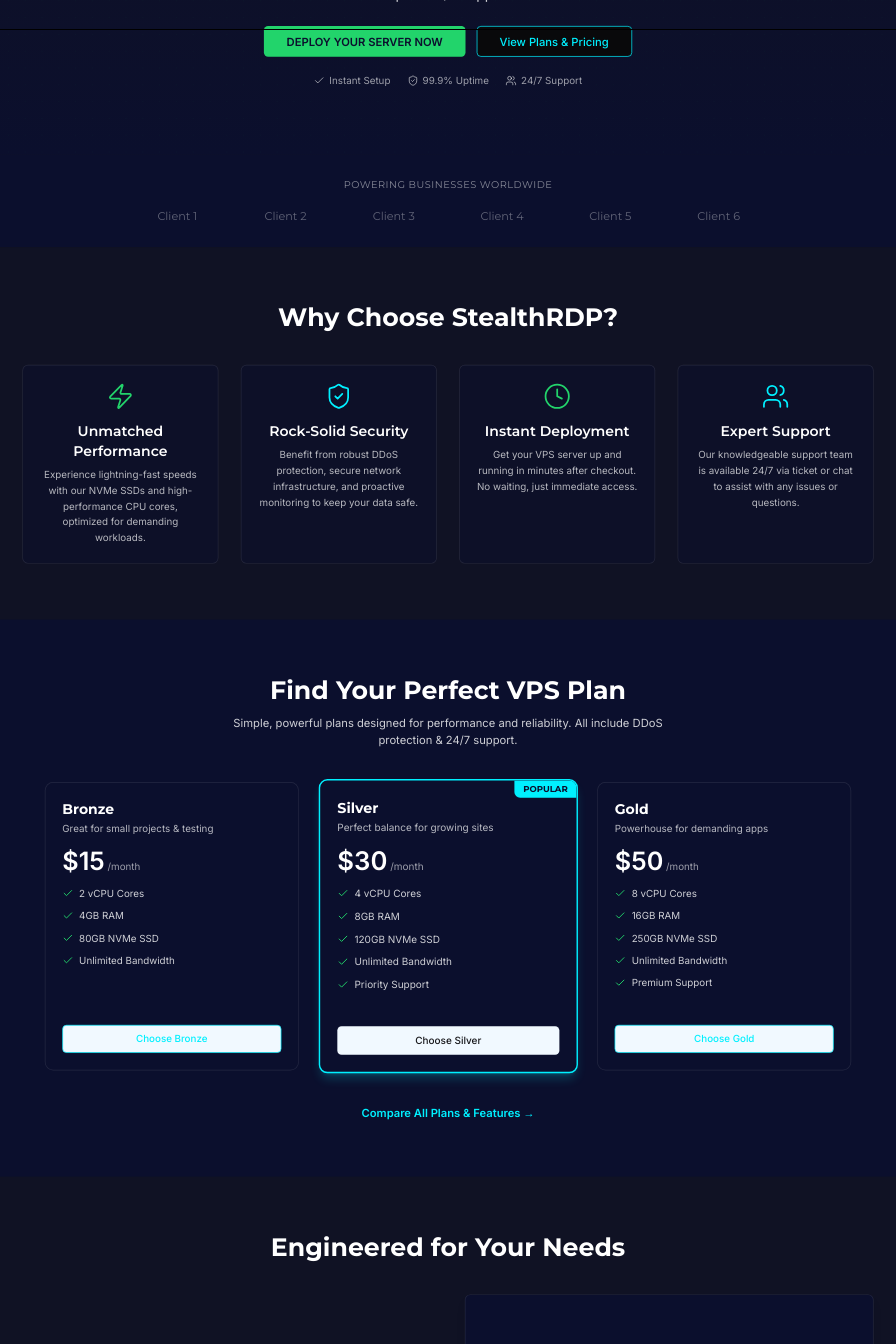
Repository: Husnainn01/stealthrdp2
Page: /
The author's editor kept a copy of each file at every save. The page is drawn from the files as they stood at one save, then again after the next save.
The browser window is 1280 px wide. The pictures show the part of the page from y = 323 to 2243 px (the page is 4866 px tall before and 4658 px after), at 70% of full size.
The project was rebuilt for these pictures with package versions that can differ from the ones it lists, and the page was loaded fresh each time. Also part of the build but not shown: vite.config.ts, src/components/ui/tooltip.tsx, src/components/ui/accordion.tsx, src/pages/FAQ.tsx, src/components/ui/card.tsx, src/components/ui/tabs.tsx, src/pages/Plans.tsx, src/pages/Features.tsx and 1 more.

Above is the page before, as saved 2025-05-05 23:28:39.

After the next save:
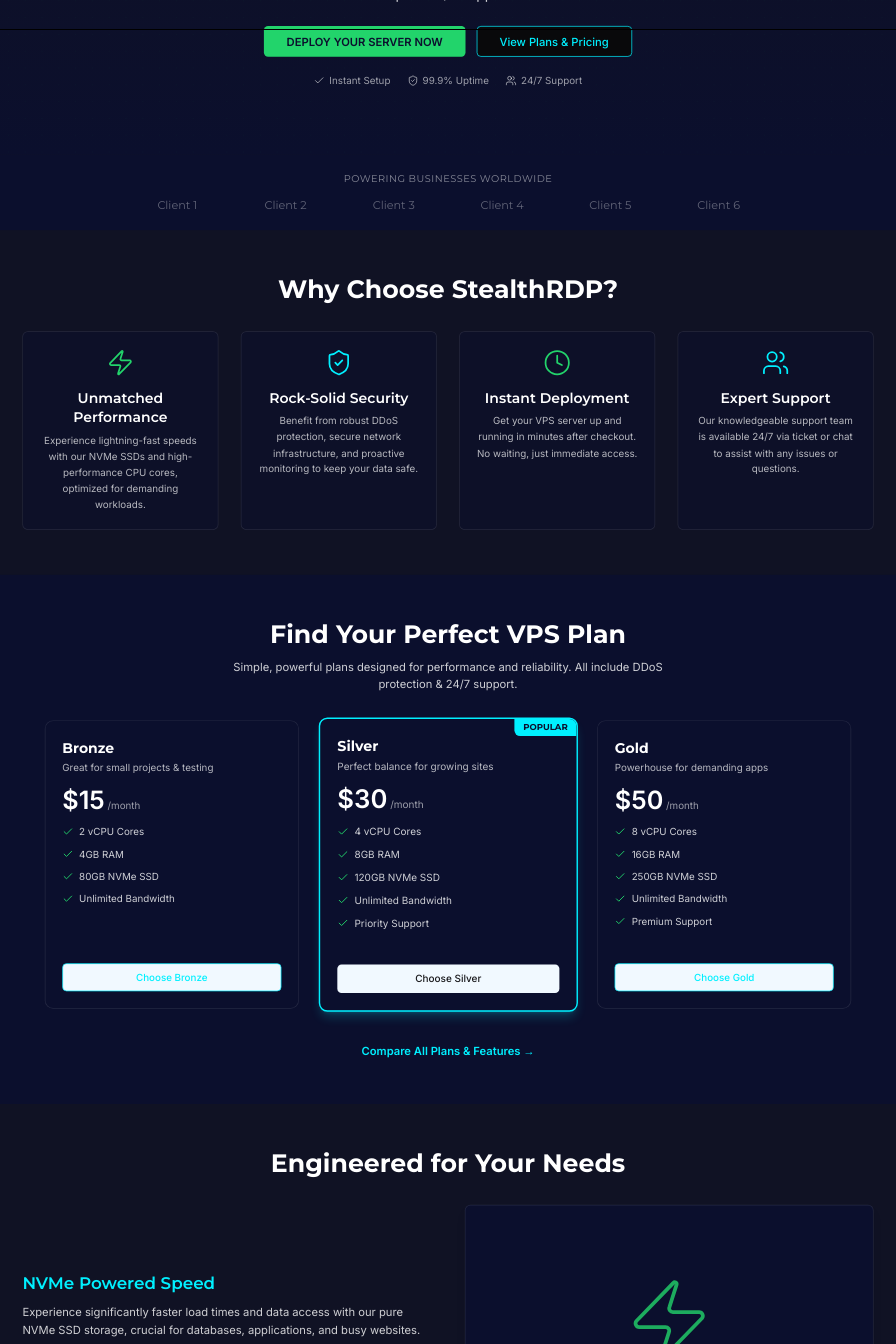
Saved 117 s later.
--- a/src/pages/Index.tsx
+++ b/src/pages/Index.tsx
@@ -37,9 +37,9 @@
       </section>
 
       {/* 2. Trust/Client Logo Bar */}
-      <section className="py-8 bg-midnight">
-        <div className="container">
-          <p className="text-center text-white/50 text-sm font-montserrat uppercase tracking-wider mb-6">Powering Businesses Worldwide</p>
+      <section className="py-6 bg-midnight">
+        <div className="container">
+          <p className="text-center text-white/50 text-sm font-montserrat uppercase tracking-wider mb-4">Powering Businesses Worldwide</p>
           <div className="grid grid-cols-3 md:grid-cols-6 gap-8 items-center max-w-4xl mx-auto">
             {[1, 2, 3, 4, 5, 6].map((i) => (
               <div key={i} className="flex justify-center">
@@ -53,9 +53,9 @@
       </section>
 
       {/* 3. Key Differentiators/Why Us? */}
-      <section className="bg-charcoal py-16 md:py-20">
-        <div className="container">
-          <h2 className="text-3xl md:text-4xl font-bold font-montserrat text-center mb-12 text-white">
+      <section className="bg-charcoal py-12 md:py-16">
+        <div className="container">
+          <h2 className="text-3xl md:text-4xl font-bold font-montserrat text-center mb-10 text-white">
             Why Choose StealthRDP?
           </h2>
           <div className="grid grid-cols-1 md:grid-cols-2 lg:grid-cols-4 gap-8">
@@ -96,9 +96,9 @@
       </section>
 
       {/* 4. Simplified Plans Preview */}
-      <section className="py-16 md:py-20 bg-midnight">
-        <div className="container">
-          <div className="text-center mb-12">
+      <section className="py-12 md:py-16 bg-midnight">
+        <div className="container">
+          <div className="text-center mb-10">
             <h2 className="text-3xl md:text-4xl font-bold font-montserrat mb-4 text-white">
               Find Your Perfect VPS Plan
             </h2>
@@ -192,9 +192,9 @@
       </section>
 
       {/* NEW: Detailed Features / Use Cases Section */}
-      <section className="py-16 md:py-20 bg-charcoal">
-        <div className="container">
-          <h2 className="text-3xl md:text-4xl font-bold font-montserrat text-center mb-12 text-white">
+      <section className="py-12 md:py-16 bg-charcoal">
+        <div className="container">
+          <h2 className="text-3xl md:text-4xl font-bold font-montserrat text-center mb-10 text-white">
             Engineered for Your Needs
           </h2>
 
@@ -244,7 +244,7 @@
       </section>
 
       {/* 5. Social Proof (Testimonial) */}
-      <section className="py-16 md:py-20 bg-midnight">
+      <section className="py-12 md:py-16 bg-midnight">
          <div className="container">
            <div className="bg-charcoal rounded-lg p-8 md:p-12 max-w-4xl mx-auto text-center shadow-xl border border-white/10">
              <svg xmlns="http://www.w3.org/2000/svg" className="h-10 w-10 text-electric mx-auto mb-5" fill="none" viewBox="0 0 24 24" stroke="currentColor" strokeWidth={1.5}>
@@ -261,7 +261,7 @@
        </section>
 
       {/* NEW: Newsletter Signup Section */}
-      <section className="py-16 bg-charcoal">
+      <section className="py-12 md:py-16 bg-charcoal">
         <div className="container">
           <div className="max-w-2xl mx-auto text-center">
             <h2 className="text-2xl font-semibold font-montserrat text-white mb-3">Stay Updated</h2>
@@ -281,8 +281,8 @@
         </div>
       </section>
 
-      {/* 7. Final Call to Action - Renumbered to 8 */}
-      <section className="py-16 md:py-20 bg-gradient-to-t from-charcoal to-midnight">
+      {/* 8. Final Call to Action */}
+      <section className="py-12 md:py-16 bg-gradient-to-t from-charcoal to-midnight">
         <div className="container">
           <div className="max-w-3xl mx-auto text-center">
             <h2 className="text-3xl md:text-4xl font-bold font-montserrat mb-4 text-electric">
